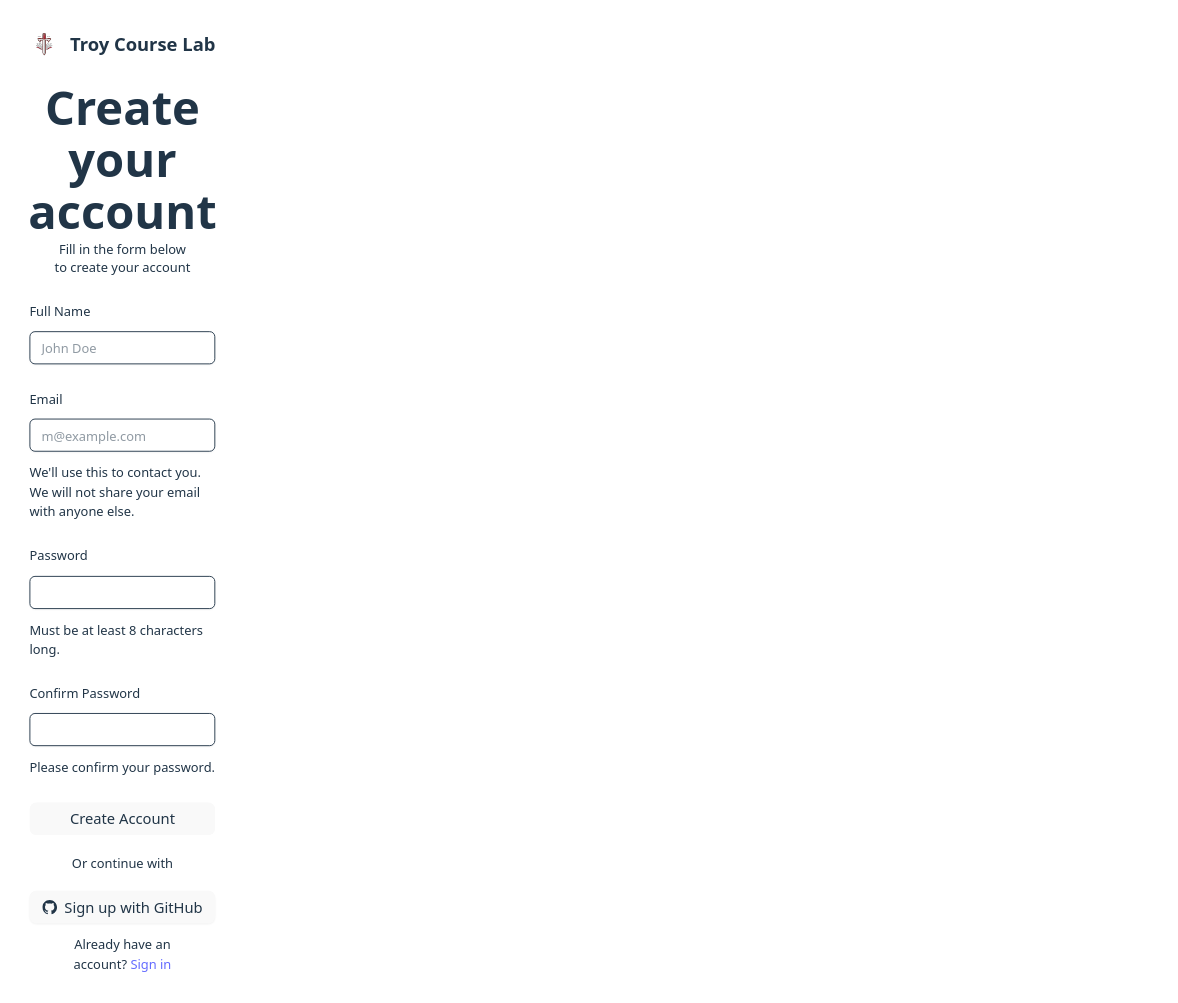
Repository: toilatrung/auth-ui-kit
Page: /register
These files come from the project's save history. The page is drawn as it stood at one moment and after the next save; the edit follows.
The browser window is 1280 px wide. The pictures show the whole page, at 92% of full size.
The project was rebuilt for these pictures with package versions that can differ from the ones it lists, and the page was loaded fresh each time. Also part of the build but not shown: vite.config.ts, src/pages/LoginPage.tsx.

Above is the page before, as saved 2025-11-01 17:03:28.

### index.html
<!doctype html>
<html lang="vi">
  <head>
    <meta charset="UTF-8" />
    <link rel="icon" type="image/svg+xml" href="/troy_logo.svg" />
    <meta name="viewport" content="width=device-width, initial-scale=1.0" />
    <title>features_lib</title>
  </head>
  <body>
    <div id="root"></div>
    <script type="module" src="/src/main.tsx"></script>
  </body>
</html>

### src/App.tsx
import LoginPage from "./pages/LoginPage";
import RegisterPage from "./pages/RegisterPage";
import { BrowserRouter, Routes, Route } from "react-router-dom";

{/* TEST FEATURES */}
function App() {
  return (
    <>
      <BrowserRouter>
        <Routes>
          <Route
            path="/login"
            element={<LoginPage />}
          />
          <Route
            path="/register"
            element={<RegisterPage />}
          />
        </Routes>
      </BrowserRouter>
    </>
  )
}

export default App

### src/pages/RegisterPage.tsx
import { SignupForm } from "@/components/auth/signup-form"

const RegisterPage = () => {
  return (
    <div className="flex min-h-screen flex-col items-center justify-center bg-background">
      <div className="w-full max-w-md space-y-6 p-8">
        {/* Logo + Title */}
        <div className="flex items-center justify-center gap-3">
          <img
            src="/tcl_logo.svg"
            alt="Troy Logo"
            className="h-8 w-8"
          />
          <span className="text-xl font-semibold">Troy Course Lab</span>
        </div>

        {/* Form */}
        <SignupForm />
      </div>
    </div>
  )
}

export default RegisterPage

### src/components/auth/signup-form.tsx
import { cn } from "@/lib/utils"
import { Button } from "@/components/ui/button"
import {
  Field,
  FieldDescription,
  FieldGroup,
  FieldLabel,
  FieldSeparator,
} from "@/components/ui/field"
import { Input } from "@/components/ui/input"

export function SignupForm({
  className,
  ...props
}: React.ComponentProps<"form">) {
  return (
    <form className={cn("flex flex-col gap-6", className)} {...props}>
      <FieldGroup>
        <div className="flex flex-col items-center gap-1 text-center">
          <h1 className="text-2xl font-bold">Create your account</h1>
          <p className="text-muted-foreground text-sm text-balance">
            Fill in the form below to create your account
          </p>
        </div>
        <Field>
          <FieldLabel htmlFor="name">Full Name</FieldLabel>
          <Input id="name" type="text" placeholder="John Doe" required />
        </Field>
        <Field>
          <FieldLabel htmlFor="email">Email</FieldLabel>
          <Input id="email" type="email" placeholder="m@example.com" required />
          <FieldDescription>
            We&apos;ll use this to contact you. We will not share your email
            with anyone else.
          </FieldDescription>
        </Field>
        <Field>
          <FieldLabel htmlFor="password">Password</FieldLabel>
          <Input id="password" type="password" required />
          <FieldDescription>
            Must be at least 8 characters long.
          </FieldDescription>
        </Field>
        <Field>
          <FieldLabel htmlFor="confirm-password">Confirm Password</FieldLabel>
          <Input id="confirm-password" type="password" required />
          <FieldDescription>Please confirm your password.</FieldDescription>
        </Field>
        <Field>
          <Button type="submit">Create Account</Button>
        </Field>
        <FieldSeparator>Or continue with</FieldSeparator>
        <Field>
          <Button variant="outline" type="button">
            <svg xmlns="http://www.w3.org/2000/svg" viewBox="0 0 24 24">
              <path
                d="M12 .297c-6.63 0-12 5.373-12 12 0 5.303 3.438 9.8 8.205 11.385.6.113.82-.258.82-.577 0-.285-.01-1.04-.015-2.04-3.338.724-4.042-1.61-4.042-1.61C4.422 18.07 3.633 17.7 3.633 17.7c-1.087-.744.084-.729.084-.729 1.205.084 1.838 1.236 1.838 1.236 1.07 1.835 2.809 1.305 3.495.998.108-.776.417-1.305.76-1.605-2.665-.3-5.466-1.332-5.466-5.93 0-1.31.465-2.38 1.235-3.22-.135-.303-.54-1.523.105-3.176 0 0 1.005-.322 3.3 1.23.96-.267 1.98-.399 3-.405 1.02.006 2.04.138 3 .405 2.28-1.552 3.285-1.23 3.285-1.23.645 1.653.24 2.873.12 3.176.765.84 1.23 1.91 1.23 3.22 0 4.61-2.805 5.625-5.475 5.92.42.36.81 1.096.81 2.22 0 1.606-.015 2.896-.015 3.286 0 .315.21.69.825.57C20.565 22.092 24 17.592 24 12.297c0-6.627-5.373-12-12-12"
                fill="currentColor"
              />
            </svg>
            Sign up with GitHub
          </Button>
          <FieldDescription className="px-6 text-center">
            Already have an account? <a href="#">Sign in</a>
          </FieldDescription>
        </Field>
      </FieldGroup>
    </form>
  )
}

### src/components/ui/button.tsx
import * as React from "react"
import { Slot } from "@radix-ui/react-slot"
import { cva, type VariantProps } from "class-variance-authority"

import { cn } from "@/lib/utils"

const buttonVariants = cva(
  "inline-flex items-center justify-center gap-2 whitespace-nowrap rounded-md text-sm font-medium transition-all disabled:pointer-events-none disabled:opacity-50 [&_svg]:pointer-events-none [&_svg:not([class*='size-'])]:size-4 shrink-0 [&_svg]:shrink-0 outline-none focus-visible:border-ring focus-visible:ring-ring/50 focus-visible:ring-[3px] aria-invalid:ring-destructive/20 dark:aria-invalid:ring-destructive/40 aria-invalid:border-destructive",
  {
    variants: {
      variant: {
        default: "bg-primary text-primary-foreground hover:bg-primary/90",
        destructive:
          "bg-destructive text-white hover:bg-destructive/90 focus-visible:ring-destructive/20 dark:focus-visible:ring-destructive/40 dark:bg-destructive/60",
        outline:
          "border bg-background shadow-xs hover:bg-accent hover:text-accent-foreground dark:bg-input/30 dark:border-input dark:hover:bg-input/50",
        secondary:
          "bg-secondary text-secondary-foreground hover:bg-secondary/80",
        ghost:
          "hover:bg-accent hover:text-accent-foreground dark:hover:bg-accent/50",
        link: "text-primary underline-offset-4 hover:underline",
      },
      size: {
        default: "h-9 px-4 py-2 has-[>svg]:px-3",
        sm: "h-8 rounded-md gap-1.5 px-3 has-[>svg]:px-2.5",
        lg: "h-10 rounded-md px-6 has-[>svg]:px-4",
        icon: "size-9",
        "icon-sm": "size-8",
        "icon-lg": "size-10",
      },
    },
    defaultVariants: {
      variant: "default",
      size: "default",
    },
  }
)

function Button({
  className,
  variant,
  size,
  asChild = false,
  ...props
}: React.ComponentProps<"button"> &
  VariantProps<typeof buttonVariants> & {
    asChild?: boolean
  }) {
  const Comp = asChild ? Slot : "button"

  return (
    <Comp
      data-slot="button"
      className={cn(buttonVariants({ variant, size, className }))}
      {...props}
    />
  )
}

export { Button, buttonVariants }

### src/components/ui/field.tsx
import { useMemo } from "react"
import { cva, type VariantProps } from "class-variance-authority"

import { cn } from "@/lib/utils"
import { Label } from "@/components/ui/label"
import { Separator } from "@/components/ui/separator"

function FieldSet({ className, ...props }: React.ComponentProps<"fieldset">) {
  return (
    <fieldset
      data-slot="field-set"
      className={cn(
        "flex flex-col gap-6",
        "has-[>[data-slot=checkbox-group]]:gap-3 has-[>[data-slot=radio-group]]:gap-3",
        className
      )}
      {...props}
    />
  )
}

function FieldLegend({
  className,
  variant = "legend",
  ...props
}: React.ComponentProps<"legend"> & { variant?: "legend" | "label" }) {
  return (
    <legend
      data-slot="field-legend"
      data-variant={variant}
      className={cn(
        "mb-3 font-medium",
        "data-[variant=legend]:text-base",
        "data-[variant=label]:text-sm",
        className
      )}
      {...props}
    />
  )
}

function FieldGroup({ className, ...props }: React.ComponentProps<"div">) {
  return (
    <div
      data-slot="field-group"
      className={cn(
        "group/field-group @container/field-group flex w-full flex-col gap-7 data-[slot=checkbox-group]:gap-3 [&>[data-slot=field-group]]:gap-4",
        className
      )}
      {...props}
    />
  )
}

const fieldVariants = cva(
  "group/field flex w-full gap-3 data-[invalid=true]:text-destructive",
  {
    variants: {
      orientation: {
        vertical: ["flex-col [&>*]:w-full [&>.sr-only]:w-auto"],
        horizontal: [
          "flex-row items-center",
          "[&>[data-slot=field-label]]:flex-auto",
          "has-[>[data-slot=field-content]]:items-start has-[>[data-slot=field-content]]:[&>[role=checkbox],[role=radio]]:mt-px",
        ],
        responsive: [
          "flex-col [&>*]:w-full [&>.sr-only]:w-auto @md/field-group:flex-row @md/field-group:items-center @md/field-group:[&>*]:w-auto",
          "@md/field-group:[&>[data-slot=field-label]]:flex-auto",
          "@md/field-group:has-[>[data-slot=field-content]]:items-start @md/field-group:has-[>[data-slot=field-content]]:[&>[role=checkbox],[role=radio]]:mt-px",
        ],
      },
    },
    defaultVariants: {
      orientation: "vertical",
    },
  }
)

function Field({
  className,
  orientation = "vertical",
  ...props
}: React.ComponentProps<"div"> & VariantProps<typeof fieldVariants>) {
  return (
    <div
      role="group"
      data-slot="field"
      data-orientation={orientation}
      className={cn(fieldVariants({ orientation }), className)}
      {...props}
    />
  )
}

function FieldContent({ className, ...props }: React.ComponentProps<"div">) {
  return (
    <div
      data-slot="field-content"
      className={cn(
        "group/field-content flex flex-1 flex-col gap-1.5 leading-snug",
        className
      )}
      {...props}
    />
  )
}

function FieldLabel({
  className,
  ...props
}: React.ComponentProps<typeof Label>) {
  return (
    <Label
      data-slot="field-label"
      className={cn(
        "group/field-label peer/field-label flex w-fit gap-2 leading-snug group-data-[disabled=true]/field:opacity-50",
        "has-[>[data-slot=field]]:w-full has-[>[data-slot=field]]:flex-col has-[>[data-slot=field]]:rounded-md has-[>[data-slot=field]]:border [&>*]:data-[slot=field]:p-4",
        "has-data-[state=checked]:bg-primary/5 has-data-[state=checked]:border-primary dark:has-data-[state=checked]:bg-primary/10",
        className
      )}
      {...props}
    />
  )
}

function FieldTitle({ className, ...props }: React.ComponentProps<"div">) {
  return (
    <div
      data-slot="field-label"
      className={cn(
        "flex w-fit items-center gap-2 text-sm leading-snug font-medium group-data-[disabled=true]/field:opacity-50",
        className
      )}
      {...props}
    />
  )
}

function FieldDescription({ className, ...props }: React.ComponentProps<"p">) {
  return (
    <p
      data-slot="field-description"
      className={cn(
        "text-muted-foreground text-sm leading-normal font-normal group-has-[[data-orientation=horizontal]]/field:text-balance",
        "last:mt-0 nth-last-2:-mt-1 [[data-variant=legend]+&]:-mt-1.5",
        "[&>a:hover]:text-primary [&>a]:underline [&>a]:underline-offset-4",
        className
      )}
      {...props}
    />
  )
}

function FieldSeparator({
  children,
  className,
  ...props
}: React.ComponentProps<"div"> & {
  children?: React.ReactNode
}) {
  return (
    <div
      data-slot="field-separator"
      data-content={!!children}
      className={cn(
        "relative -my-2 h-5 text-sm group-data-[variant=outline]/field-group:-mb-2",
        className
      )}
      {...props}
    >
      <Separator className="absolute inset-0 top-1/2" />
      {children && (
        <span
          className="bg-background text-muted-foreground relative mx-auto block w-fit px-2"
          data-slot="field-separator-content"
        >
          {children}
        </span>
      )}
    </div>
  )
}

function FieldError({
  className,
  children,
  errors,
  ...props
}: React.ComponentProps<"div"> & {
  errors?: Array<{ message?: string } | undefined>
}) {
  const content = useMemo(() => {
    if (children) {
      return children
    }

    if (!errors?.length) {
      return null
    }

    const uniqueErrors = [
      ...new Map(errors.map((error) => [error?.message, error])).values(),
    ]

    if (uniqueErrors?.length == 1) {
      return uniqueErrors[0]?.message
    }

    return (
      <ul className="ml-4 flex list-disc flex-col gap-1">
        {uniqueErrors.map(
          (error, index) =>
            error?.message && <li key={index}>{error.message}</li>
        )}
      </ul>
    )
  }, [children, errors])

  if (!content) {
    return null
  }

  return (
    <div
      role="alert"
      data-slot="field-error"
      className={cn("text-destructive text-sm font-normal", className)}
      {...props}
    >
      {content}
    </div>
  )
}

export {
  Field,
  FieldLabel,
  FieldDescription,
  FieldError,
  FieldGroup,
  FieldLegend,
  FieldSeparator,
  FieldSet,
  FieldContent,
  FieldTitle,
}

### src/components/ui/input.tsx
import * as React from "react"

import { cn } from "@/lib/utils"

function Input({ className, type, ...props }: React.ComponentProps<"input">) {
  return (
    <input
      type={type}
      data-slot="input"
      className={cn(
        "file:text-foreground placeholder:text-muted-foreground selection:bg-primary selection:text-primary-foreground dark:bg-input/30 border-input h-9 w-full min-w-0 rounded-md border bg-transparent px-3 py-1 text-base shadow-xs transition-[color,box-shadow] outline-none file:inline-flex file:h-7 file:border-0 file:bg-transparent file:text-sm file:font-medium disabled:pointer-events-none disabled:cursor-not-allowed disabled:opacity-50 md:text-sm",
        "focus-visible:border-ring focus-visible:ring-ring/50 focus-visible:ring-[3px]",
        "aria-invalid:ring-destructive/20 dark:aria-invalid:ring-destructive/40 aria-invalid:border-destructive",
        className
      )}
      {...props}
    />
  )
}

export { Input }

Loaded but not shown: src/main.tsx (common file); src/index.css (common file); src/lib/utils.ts (common file); src/components/ui/label.tsx (common file); src/components/ui/separator.tsx (common file)

After the next save:
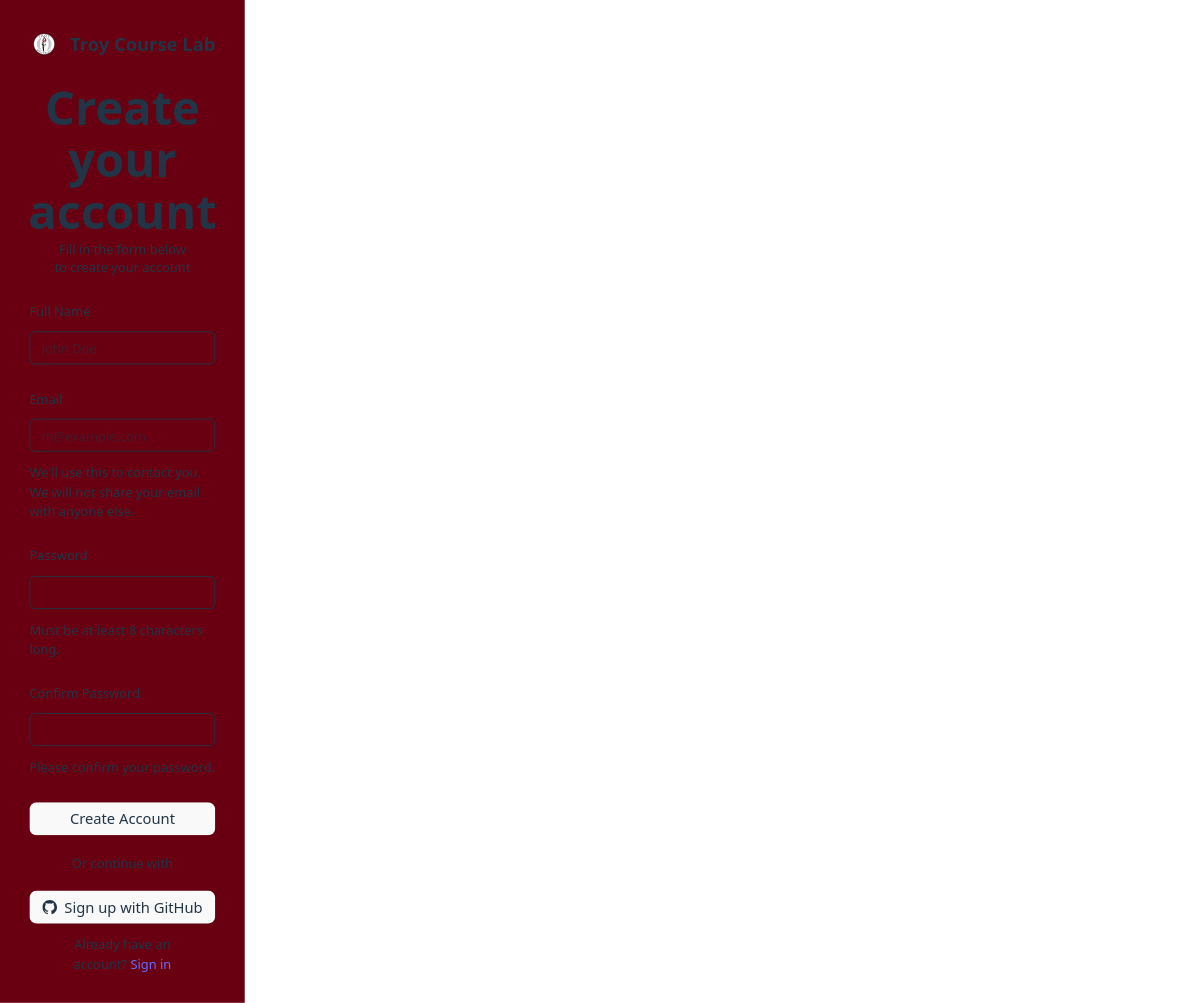
Saved 5 s later.
--- a/src/pages/RegisterPage.tsx
+++ b/src/pages/RegisterPage.tsx
@@ -2,16 +2,21 @@
 
 const RegisterPage = () => {
   return (
-    <div className="flex min-h-screen flex-col items-center justify-center bg-background">
+    <div
+      className="flex min-h-screen flex-col items-start justify-center bg-cover bg-center bg-no-repeat"
+      style={{ backgroundImage: "url('/authetication_page_png.png')" }}
+    >
       <div className="w-full max-w-md space-y-6 p-8">
         {/* Logo + Title */}
-        <div className="flex items-center justify-center gap-3">
+        <div className="flex items-center justify-start gap-3">
           <img
-            src="/tcl_logo.svg"
+            src="/troy_logo.svg"
             alt="Troy Logo"
             className="h-8 w-8"
           />
-          <span className="text-xl font-semibold">Troy Course Lab</span>
+          <span className="text-xl font-semibold text-foreground">
+            Troy Course Lab
+          </span>
         </div>
 
         {/* Form */}

After the save that followed:
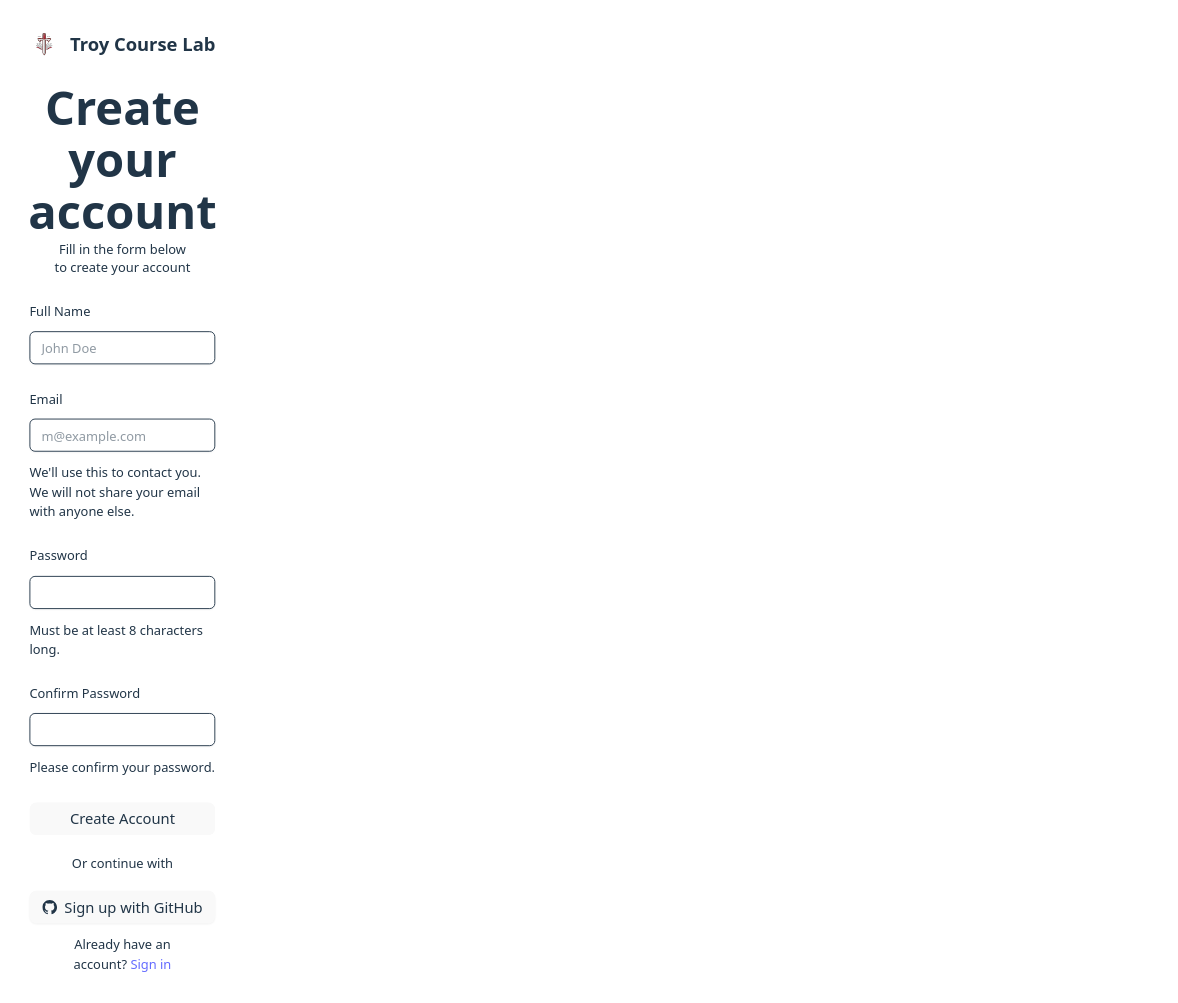
Saved 6 s later.
--- a/src/pages/RegisterPage.tsx
+++ b/src/pages/RegisterPage.tsx
@@ -2,21 +2,16 @@
 
 const RegisterPage = () => {
   return (
-    <div
-      className="flex min-h-screen flex-col items-start justify-center bg-cover bg-center bg-no-repeat"
-      style={{ backgroundImage: "url('/authetication_page_png.png')" }}
-    >
+    <div className="flex min-h-screen flex-col items-center justify-center bg-background">
       <div className="w-full max-w-md space-y-6 p-8">
         {/* Logo + Title */}
-        <div className="flex items-center justify-start gap-3">
+        <div className="flex items-center justify-center gap-3">
           <img
-            src="/troy_logo.svg"
+            src="/tcl_logo.svg"
             alt="Troy Logo"
             className="h-8 w-8"
           />
-          <span className="text-xl font-semibold text-foreground">
-            Troy Course Lab
-          </span>
+          <span className="text-xl font-semibold">Troy Course Lab</span>
         </div>
 
         {/* Form */}
